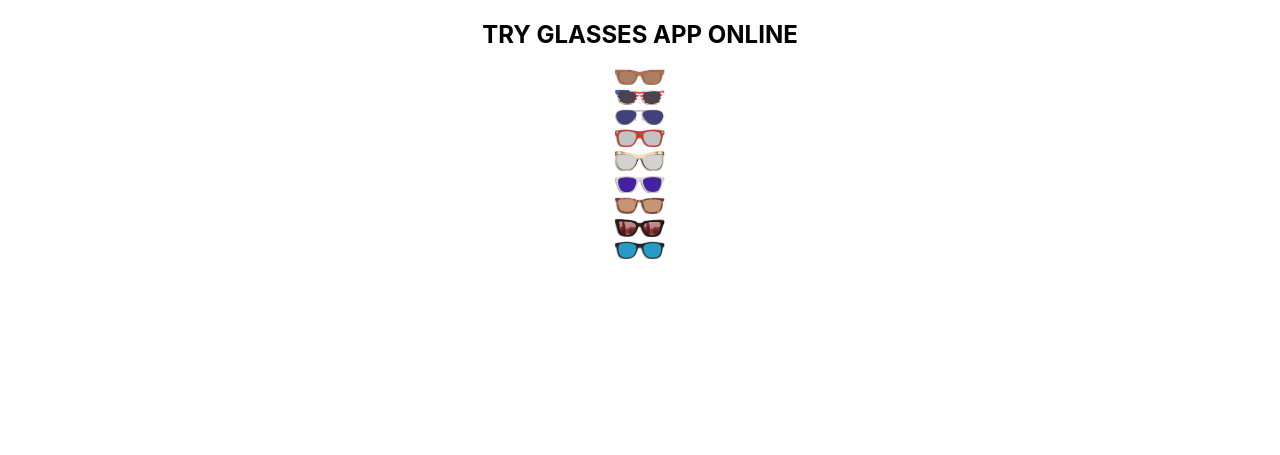
Repository: phongthanhh/ChoseGlass
Page: /
The author's editor kept a copy of each file at every save. The page is drawn from the files as they stood at one save, then again after the next save.
The browser window is 1280 px wide. The pictures show the whole page.
The project was rebuilt for these pictures with package versions that can differ from the ones it lists, and the page was loaded fresh each time.

Above is the page before, as saved 2022-12-25 15:27:31.

After the next save:
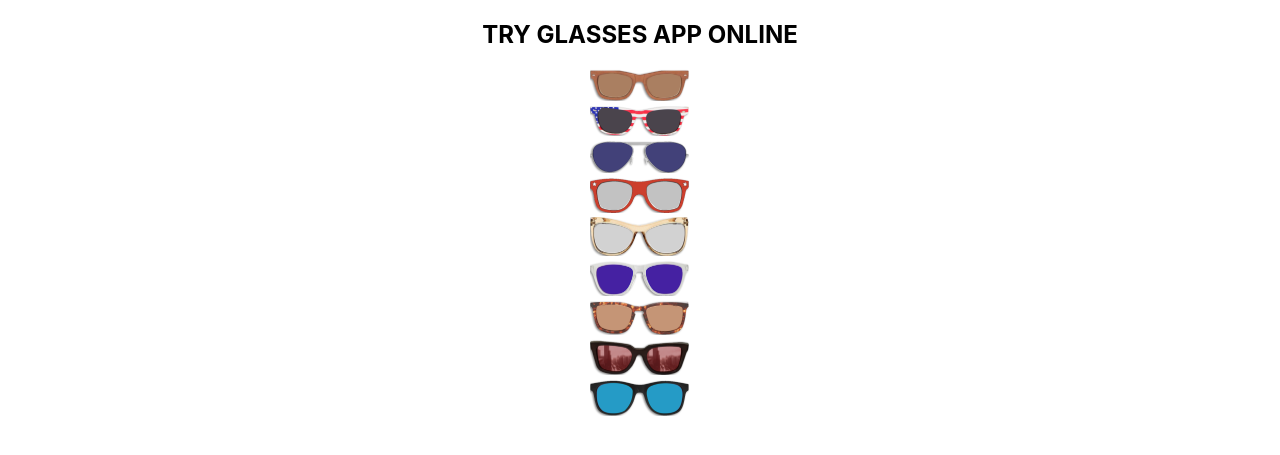
Saved 7 s later.
--- a/src/ChoseGlass/BTGlass.jsx
+++ b/src/ChoseGlass/BTGlass.jsx
@@ -72,7 +72,7 @@
         return this.listGlass.map(glass => {
             return (
                 <div className="col-2">
-                    <img style={{ width: '50px' }} src={glass.url} alt="" />
+                    <img style={{ width: '100px' }} src={glass.url} alt="" />
                 </div>
             )
         })
